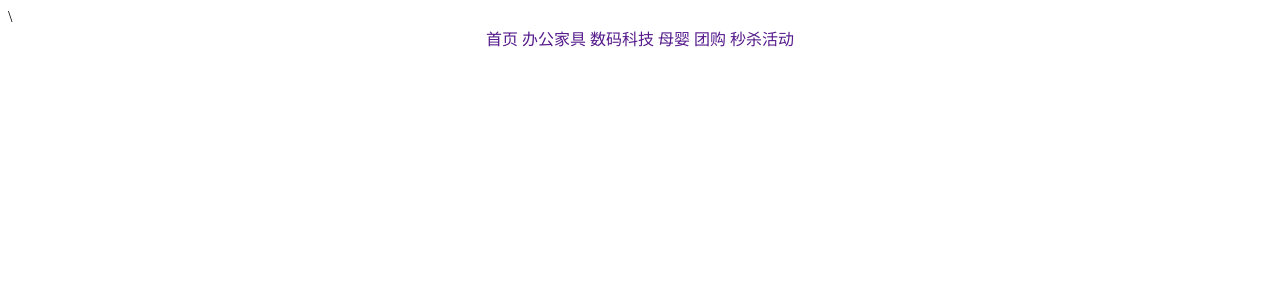
Repository: fixbb/workspace
Page: 011CSS层叠/index.html
An editor plug-in stored every save of this project. The page is shown before and after the next save, followed by the edit.
The browser window is 1280 px wide. The pictures show the whole page.

Above is the page before, as saved 2021-08-27 12:17:07.

### 011CSS层叠/index.html
<!DOCTYPE html>
<html lang="en">

<head>
    <meta charset="UTF-8">
    <meta http-equiv="X-UA-Compatible" content="IE=edge">
    <meta name="viewport" content="width=device-width, initial-scale=1.0">
    <title>CSS样式层叠</title>\
    <style>
        #navigation {
            text-align: center;
        }
        .item {
            text-decoration: none;
        }
    </style>
</head>

<body>
    <div id="navigation">
        <a href="" class="item">首页</a>
        <a href="" class="item">办公家具</a>
        <a href="" class="item">数码科技</a>
        <a href="" class="item">母婴</a>
        <a href="" class="item">团购</a>
        <a href="" class="item">秒杀活动</a>
    </div>
</body>

</html>

After the next save:
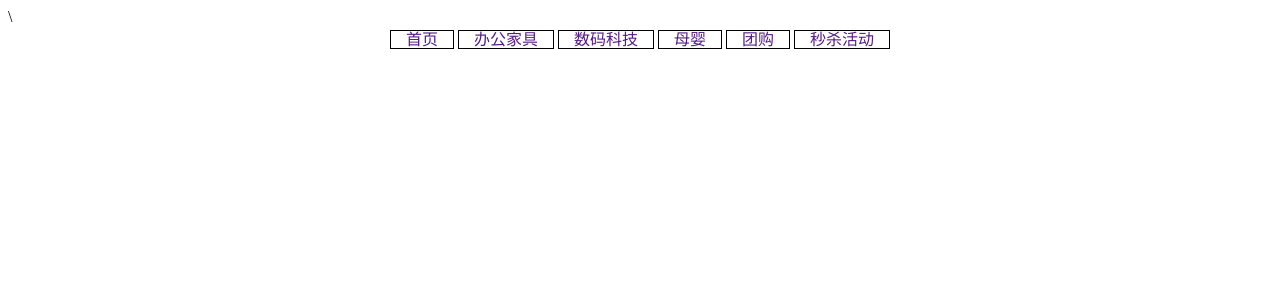
Saved 99 s later.
--- a/011CSS层叠/index.html
+++ b/011CSS层叠/index.html
@@ -12,6 +12,8 @@
         }
         .item {
             text-decoration: none;
+            border: solid 1px black;
+            padding: 0% 15px;
         }
     </style>
 </head>
